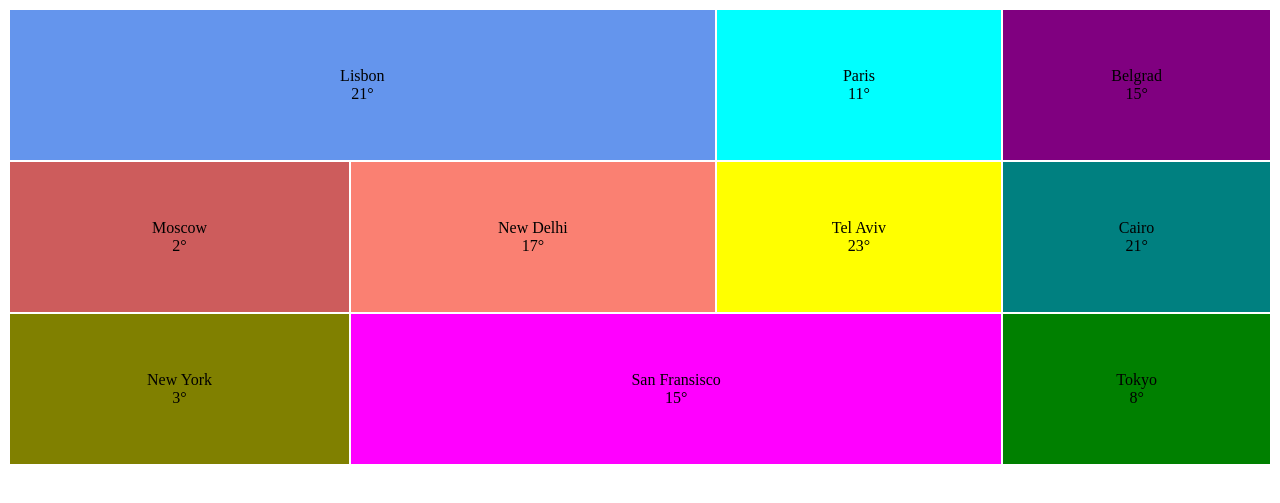
Repository: aysedo/html
Page: Week_2/index.html
An editor plug-in stored every save of this project. The page is shown before and after the next save, followed by the edit.
The browser window is 1280 px wide. The pictures show the whole page.

Above is the page before, as saved 2021-08-24 15:09:31.

### Week_2/index.html
<!DOCTYPE html>
<html lang="en">
  <head>
    <meta charset="UTF-8" />
    <meta http-equiv="X-UA-Compatible" content="IE=edge" />
    <meta name="viewport" content="width=device-width, initial-scale=1.0" />
    <title>Document</title>
  </head>
  <body>
    <table width="100%">
      <tr height="150">
        <td colspan="2" bgcolor="cornflowerblue" align="center">Lisbon <br />21° <img scr="img.png" width="50" align="right" />
        </td>
        <td bgcolor="Aqua" align="center">Paris <br /> 11°</td>
        <td bgcolor="Purple" align="center">Belgrad <br /> 15°</td>
      </tr>
      <tr height="150">
        <td bgcolor="Indianred" align="center" >Moscow <br /> 2°</td>
        <td bgcolor="Salmon" align="center" >New Delhi <br /> 17°</td>
        <td bgcolor="Yellow" align="center" >Tel Aviv <br /> 23°</td>
        <td bgcolor="Teal" align="center" >Cairo <br /> 21°</td>
      </tr>
      <tr height="150">
        <td bgcolor="Olive" align="center">New York <br /> 3°</td>
        <td colspan="2" bgcolor="Fuchsia" align="center" >San Fransisco<br /> 15°</td>
        <td bgcolor="Green" align="center" >Tokyo <br /> 8°</td>
      </tr>
    </table>
  </body>
</html>

After the next save:
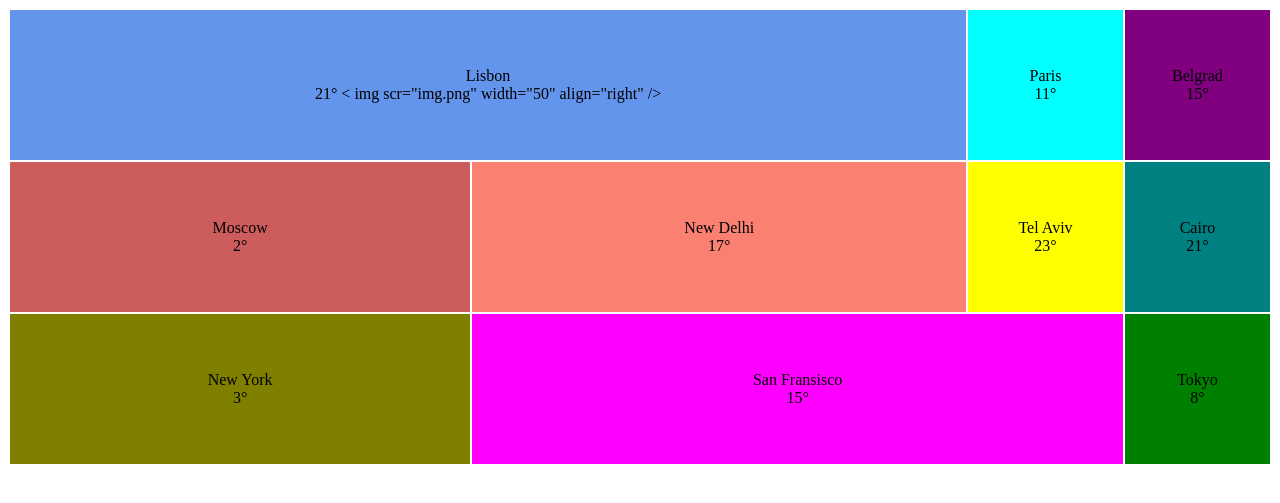
Saved 8 min 44 s later.
--- a/Week_2/index.html
+++ b/Week_2/index.html
@@ -9,7 +9,7 @@
   <body>
     <table width="100%">
       <tr height="150">
-        <td colspan="2" bgcolor="cornflowerblue" align="center">Lisbon <br />21° <img scr="img.png" width="50" align="right" />
+        <td colspan="2" bgcolor="cornflowerblue" align="center">Lisbon <br />21° < img scr="img.png" width="50" align="right" />
         </td>
         <td bgcolor="Aqua" align="center">Paris <br /> 11°</td>
         <td bgcolor="Purple" align="center">Belgrad <br /> 15°</td>

After the save that followed:
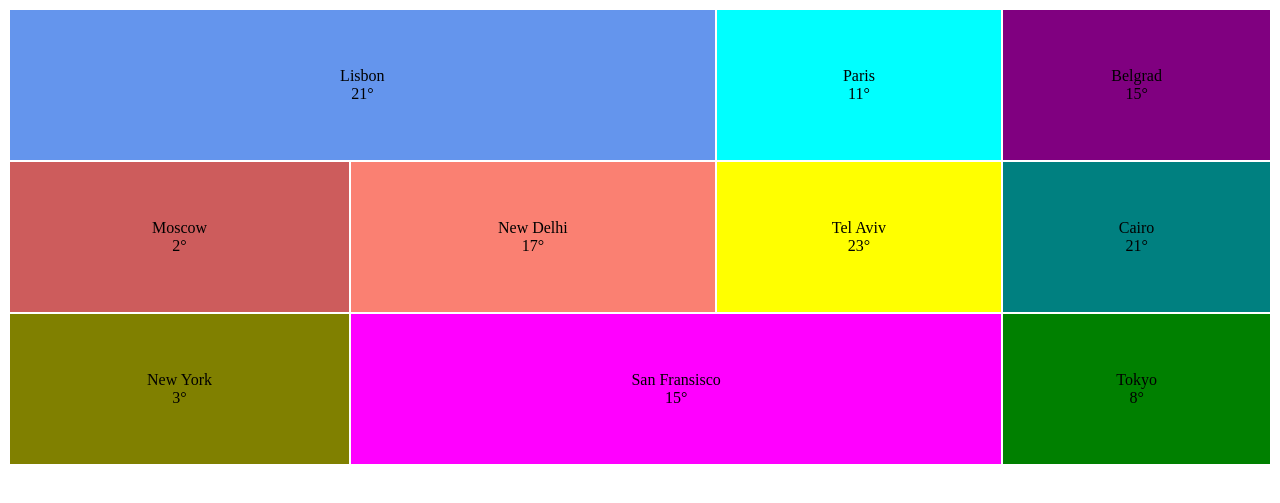
Saved 18 s later.
--- a/Week_2/index.html
+++ b/Week_2/index.html
@@ -9,7 +9,7 @@
   <body>
     <table width="100%">
       <tr height="150">
-        <td colspan="2" bgcolor="cornflowerblue" align="center">Lisbon <br />21° < img scr="img.png" width="50" align="right" />
+        <td colspan="2" bgcolor="cornflowerblue" align="center">Lisbon <br />21° <img scr="img.png" width="50" align="right" />
         </td>
         <td bgcolor="Aqua" align="center">Paris <br /> 11°</td>
         <td bgcolor="Purple" align="center">Belgrad <br /> 15°</td>
